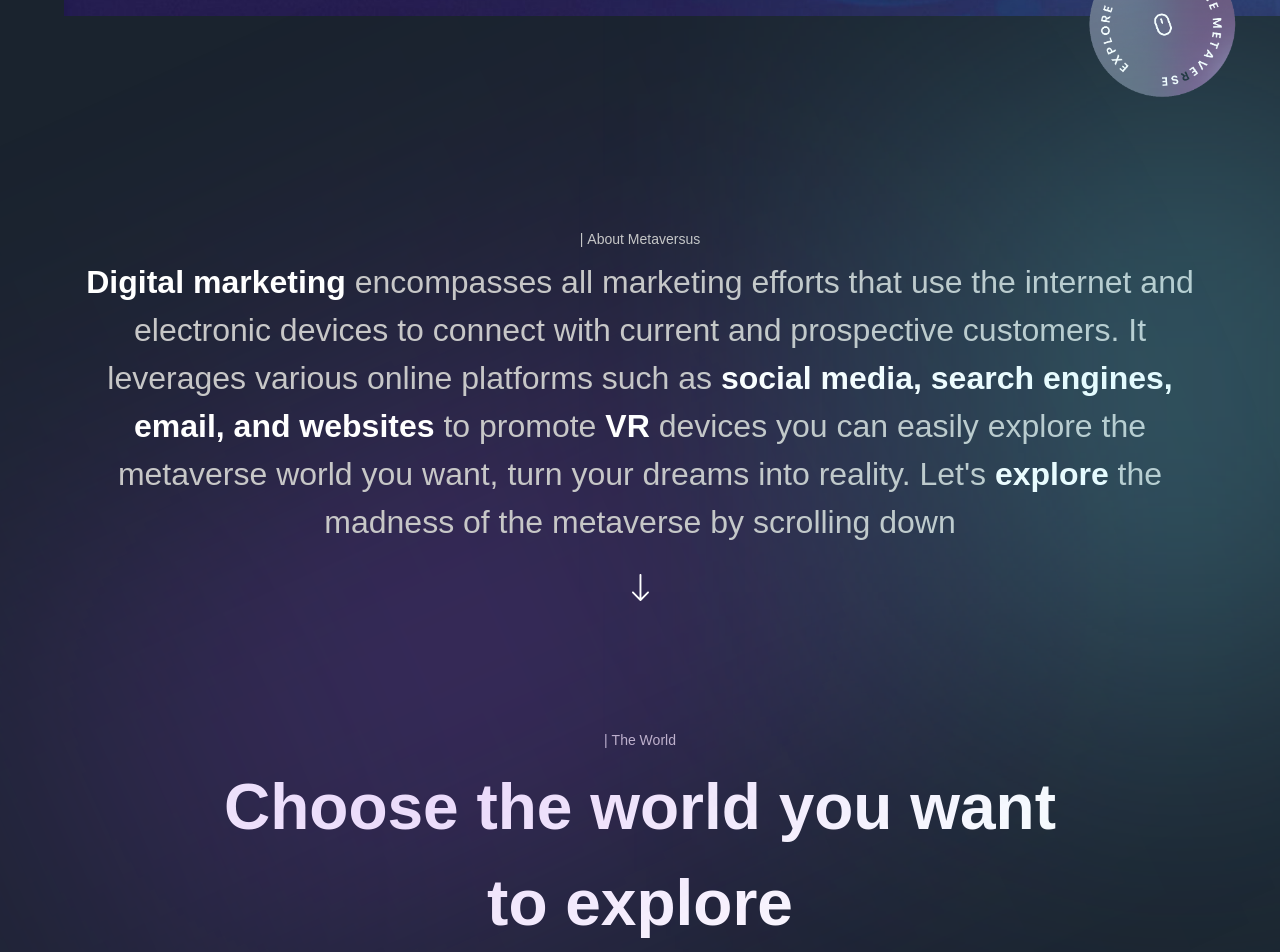
Repository: Shanuga123/metaversus
Page: /
These files come from the project's save history. The page is drawn as it stood at one moment and after a run of saves; the edit follows.
The browser window is 1280 px wide. The pictures show the part of the page from y = 939 to 1891 px (the page is 7302 px tall).
Some web fonts or font styles are not loaded; a fallback is used. The project was rebuilt for these pictures with package versions that can differ from the ones it lists, and the page was loaded fresh each time. The framework's server and built-in components were replaced by stand-ins that run in the browser. Also part of the build but not shown: next.config.js.

Above is the page before, as saved 2024-08-05 21:38:46.

### components/Navbar.jsx
'use client';

import { motion } from 'framer-motion';

import styles from '../styles';
import { navVariants } from '../utils/motion';

const Navbar = () => (
  <motion.nav
    variants={navVariants}
    initial="hidden"
    whileInView="show"
    className={`${styles.xPaddings} py-8 relative`}
  >
    <div className="absolute w-[50%] inset-0 gradient-01" />
    <div
      className={`${styles.innerWidth} mx-auto flex justify-between gap-8`}
    >
      <img
        src="/search.svg"
        alt="search"
        className="w-[24px] h-[24px] object-contain"
      />
      <h2 className="font-extrabold text-[24px] leading-[30.24px] text-white">
        METAVERSUS
      </h2>
      <img
        src="/menu.svg"
        alt="menu"
        className="w-[24px] h-[24px] object-contain"
      />
    </div>
  </motion.nav>
);

export default Navbar;

### components/CustomTexts.jsx
'use client';

import { motion } from 'framer-motion';
import { textContainer, textVariant2 } from '../utils/motion';

export const TypingText = ({ title, textStyles }) => (
  <motion.p
    variants={textContainer}
    className={`font-normal text-[14px] text-secondary-white ${textStyles}`}
  >
    {Array.from(title).map((letter, index) => (
      <motion.span variants={textVariant2} key={index}>
        {letter === ' ' ? '\u00A0' : letter}
      </motion.span>
    ))}
  </motion.p>
);

export const TitleText = ({ title, textStyles }) => (
  <motion.h2
    variants={textVariant2}
    initial="hidden"
    whileInView="show"
    className={`mt-[8px] font-bold md:text-[64px] text-[40px] text-white ${textStyles}`}
  >
    {title}
  </motion.h2>
);

### components/ExploreCard.jsx
'use client';

import { motion } from 'framer-motion';

import styles from '../styles';
import { fadeIn } from '../utils/motion';

const ExploreCard = ({ id, imgUrl, title, index, active, handleClick }) => (
  <motion.div
    variants={fadeIn('right', 'spring', index * 0.5, 0.75)}
    className={`relative ${
      active === id ? 'lg:flex-[3.5] flex-[10]' : 'lg:flex-[0.5] flex-[2]'
    } flex items-center justify-center min-w-[170px] h-[700px] transition-[flex] duration-[0.7s] ease-out-flex cursor-pointer`}
    onClick={() => handleClick(id)}
  >
    <img
      src={imgUrl}
      alt="planet-04"
      className="absolute w-full h-full object-cover rounded-[24px]"
    />
    {active !== id ? (
      <h3 className="font-semibold sm:text-[26px] text-[18px] text-white absolute z-0 lg:bottom-20 lg:rotate-[-90deg] lg:origin-[0,0]">
        {title}
      </h3>
    ) : (
      <div className="absolute bottom-0 p-8 flex justify-start w-full flex-col bg-[rgba(0,0,0,0.5)] rounded-b-[24px]">
        <div
          className={`${styles.flexCenter} w-[60px] h-[60px] rounded-[24px] glassmorphism mb-[16px]`}
        >
          <img
            src="/headset.svg"
            alt="headset"
            className="w-1/2 h-1/2 object-contain"
          />
        </div>
        <p className="font-normal text-[16px] leading-[20.16px] text-white uppercase">
          Enter Metaverse
        </p>
        <h2 className="mt-[24px] font-semibold sm:text-[32px] text-[24px] text-white">
          {title}
        </h2>
      </div>
    )}
  </motion.div>
);

export default ExploreCard;

### components/InsightCard.jsx
'use client';

import { motion } from 'framer-motion';

import { fadeIn } from '../utils/motion';

const InsightCard = ({ imgUrl, title, subtitle, index }) => (
  <motion.div
    variants={fadeIn('up', 'spring', index * 0.5, 1)}
    className="flex md:flex-row flex-col gap-4"
  >
    <img
      src={imgUrl}
      alt="planet-01"
      className="md:w-[270px] w-full h-[250px] rounded-[32px] object-cover"
    />
    <div className="w-full flex justify-between items-center">
      <div className="flex-1 md:ml-[62px] flex flex-col max-w-[650px]">
        <h4 className="font-normal lg:text-[42px] text-[26px] text-white">
          {title}
        </h4>
        <p className="mt-[16px] font-normal lg:text-[20px] text-[14px] text-secondary-white">
          {subtitle}
        </p>
      </div>

      <div
        className="lg:flex hidden items-center justify-center w-[100px] h-[100px] rounded-full bg-transparent border-[1px] border-white"
      >
        <img
          src="/arrow.svg"
          alt="arrow"
          className="w-[40%] h-[40%] object-contain"
        />
      </div>
    </div>
  </motion.div>
);

export default InsightCard;

### components/Footer.jsx
'use client';

import { motion } from 'framer-motion';
import { socials } from '../constants';

import styles from '../styles';
import { footerVariants } from '../utils/motion';

const Footer = () => (
  <motion.footer
    variants={footerVariants}
    initial="hidden"
    whileInView="show"
    className={`${styles.xPaddings} py-8 relative`}
  >
    <div className="footer-gradient" />
    <div className={`${styles.innerWidth} mx-auto flex flex-col gap-8`}>
      <div className="flex items-center justify-between flex-wrap gap-5">
        <h4 className="font-bold md:text-[64px] text-[44px] text-white">
          Enter the Metaverse
        </h4>
        <button type="button" className="flex items-center h-fit py-4 px-6 bg-[#25618B] rounded-[32px] gap-[12px]">
          <img
            src="/headset.svg"
            alt="headset"
            className="w-[24px] h-[24px] object-contain"
          />
          <span className="font-normal text-[16px] text-white">
            Enter Metaverse
          </span>
        </button>
      </div>

      <div className="flex flex-col">
        <div className="mb-[50px] h-[2px] bg-white opacity-10" />

        <div className="flex items-center justify-between flex-wrap gap-4">
          <h4 className="font-extrabold text-[24px] text-white">
            METAVERUS
          </h4>
          <p className="font-normal text-[14px] text-white opacity-50">
            Copyright © 2021 - 2022 Metaversus. All rights reserved.
          </p>

          <div className="flex gap-4">
            {socials.map((social) => (
              <img
                key={social.name}
                src={social.url}
                alt={social.name}
                className="w-[24px] h-[24px] object-contain cursor-pointer"
              />
            ))}
          </div>
        </div>
      </div>
    </div>
  </motion.footer>
);

export default Footer;

### sections/Hero.jsx
'use client';

import { motion } from 'framer-motion';

import styles from '../styles';
import { slideIn, staggerContainer, textVariant } from '../utils/motion';

const Hero = () => (
  <section className={`${styles.yPaddings} sm:pl-16 pl-6`}>
    <motion.div
      variants={staggerContainer}
      initial="hidden"
      whileInView="show"
      viewport={{ once: false, amount: 0.25 }}
      className={`${styles.innerWidth} mx-auto flex flex-col`}
    >
      <div className="flex justify-center items-center flex-col relative z-10">
        <motion.h1 variants={textVariant(1.1)} className={styles.heroHeading}>
          Digital
        </motion.h1>
        <motion.div
          variants={textVariant(1.2)}
          className="flex flex-row justify-center items-center"
        >
          <h1 className={styles.heroHeading}>MaR</h1>

          <h1 className={styles.heroHeading}>Keting</h1>
        </motion.div>
      </div>

      <motion.div
        variants={slideIn('right', 'tween', 0.2, 1)}
        className="relative w-full md:-mt-[20px] -mt-[12px]"
      >
        <div className="absolute w-full h-[300px] hero-gradient rounded-tl-[140px] z-[0] -top-[30px]" />

        <img
          src="/cover1.jpg"
          alt="hero_cover"
          className="w-full sm:h-[500px] h-[350px] object-cover rounded-tl-[140px] z-10 relative"
        />

        <a href="#explore">
          <div className="w-full flex justify-end sm:-mt-[70px] -mt-[50px] pr-[40px] relative z-10">
            <img
              src="/stamp.png"
              alt="stamp"
              className="sm:w-[155px] w-[100px] sm:h-[155px] h-[100px] object-contain"
            />
          </div>
        </a>
      </motion.div>
    </motion.div>
  </section>
);

export default Hero;

### sections/About.jsx
'use client';

import { motion } from 'framer-motion';
import { TypingText } from '../components';

import styles from '../styles';
import { fadeIn, staggerContainer } from '../utils/motion';

const About = () => (
  <section className={`${styles.paddings} relative z-10`}>
    <div className="gradient-02 z-0" />
    <motion.div
      variants={staggerContainer}
      initial="hidden"
      whileInView="show"
      viewport={{ once: false, amount: 0.25 }}
      className={`${styles.innerWidth} mx-auto ${styles.flexCenter} flex-col`}
    >
      <TypingText title="| About Metaversus" textStyles="text-center" />

      <motion.p
        variants={fadeIn('up', 'tween', 0.2, 1)}
        className="mt-[8px] font-normal sm:text-[32px] text-[20px] text-center text-secondary-white"
      >
        <span className="font-extrabold text-white">Digital marketing </span> encompasses all marketing efforts that use the internet and electronic devices to connect with current and prospective customers. It leverages various online platforms such as {' '}
        <span className="font-extrabold text-white">
        social media, search engines, email, and websites
        </span>{' '}
        to promote {' '}
        <span className="font-extrabold text-white">VR</span> devices you can
        easily explore the metaverse world you want, turn your dreams into
        reality. Let's{' '}
        <span className="font-extrabold text-white">explore</span> the madness
        of the metaverse by scrolling down
      </motion.p>

      <motion.img
        variants={fadeIn('up', 'tween', 0.3, 1)}
        src="/arrow-down.svg"
        alt="arrow down"
        className="w-[18px] h-[28px] object-contain mt-[28px]"
      />
    </motion.div>
  </section>
);

export default About;

### sections/Explore.jsx
'use client';

import { useState } from 'react';
import { motion } from 'framer-motion';

import styles from '../styles';
import { exploreWorlds } from '../constants';
import { staggerContainer } from '../utils/motion';
import { ExploreCard, TitleText, TypingText } from '../components';

const Explore = () => {
  const [active, setActive] = useState('world-2');

  return (
    <section className={`${styles.paddings}`} id="explore">
      <motion.div
        variants={staggerContainer}
        initial="hidden"
        whileInView="show"
        viewport={{ once: false, amount: 0.25 }}
        className={`${styles.innerWidth} mx-auto flex flex-col`}
      >
        <TypingText title="| The World" textStyles="text-center" />
        <TitleText
          title={<>Choose the world you want <br className="md:block hidden" /> to explore</>}
          textStyles="text-center"
        />
        <div className="mt-[50px] flex lg:flex-row flex-col min-h-[70vh] gap-5">
          {exploreWorlds.map((world, index) => (
            <ExploreCard
              key={world.id}
              {...world}
              index={index}
              active={active}
              handleClick={setActive}
            />
          ))}
        </div>
      </motion.div>
    </section>
  );
};

export default Explore;

### sections/GetStarted.jsx
'use client';

import { motion } from 'framer-motion';

import styles from '../styles';
import { startingFeatures } from '../constants';
import { StartSteps, TitleText, TypingText } from '../components';
import { staggerContainer, fadeIn, planetVariants } from '../utils/motion';

const GetStarted = () => (
  <section className={`${styles.paddings} relative z-10`}>
    <motion.div
      variants={staggerContainer}
      initial="hidden"
      whileInView="show"
      viewport={{ once: false, amount: 0.25 }}
      className={`${styles.innerWidth} mx-auto flex lg:flex-row flex-col gap-8`}
    >
      <motion.div
        variants={planetVariants('left')}
        className={`flex-1 ${styles.flexCenter}`}
      >
        <img
          src="/get-started.png"
          alt="get-started"
          className="w-[90%] h-[90%] object-contain"
        />
      </motion.div>
      <motion.div
        variants={fadeIn('left', 'tween', 0.2, 1)}
        className="flex-[0.75] flex justify-center flex-col"
      >
        <TypingText title="| How Metaversus Works" />
        <TitleText title={<>Get started with just a few clicks</>} />
        <div className="mt-[31px] flex flex-col max-w-[370px] gap-[24px]">
          {startingFeatures.map((feature, index) => (
            <StartSteps
              key={feature}
              number={`${index < 10 ? '0' : ''} ${index + 1}`}
              text={feature}
            />
          ))}
        </div>
      </motion.div>
    </motion.div>
  </section>
);

export default GetStarted;

### sections/WhatsNew.jsx
'use client';

import { motion } from 'framer-motion';

import styles from '../styles';
import { newFeatures } from '../constants';
import { NewFeatures, TitleText, TypingText } from '../components';
import { planetVariants, staggerContainer, fadeIn } from '../utils/motion';

const WhatsNew = () => (
  <section className={`${styles.paddings} relative z-10`}>
    <motion.div
      variants={staggerContainer}
      initial="hidden"
      whileInView="show"
      viewport={{ once: false, amount: 0.25 }}
      className={`${styles.innerWidth} mx-auto flex lg:flex-row flex-col gap-8`}
    >
      <motion.div
        variants={fadeIn('right', 'tween', 0.2, 1)}
        className="flex-[0.95] flex justify-center flex-col"
      >
        <TypingText title="| Whats new?" />
        <TitleText title={<>What's new about Metaversus?</>} />
        <div className="mt-[48px] flex flex-wrap justify-between gap-[24px]">
          {newFeatures.map((feature) => (
            <NewFeatures key={feature.title} {...feature} />
          ))}
        </div>
      </motion.div>

      <motion.div
        variants={planetVariants('right')}
        className={`flex-1 ${styles.flexCenter}`}
      >
        <img
          src="/whats-new.png"
          alt="get-started"
          className="w-[90%] h-[90%] object-contain"
        />
      </motion.div>
    </motion.div>
  </section>
);

export default WhatsNew;

### sections/World.jsx
'use client';

import { motion } from 'framer-motion';

import styles from '../styles';
import { TitleText, TypingText } from '../components';
import { fadeIn, staggerContainer } from '../utils/motion';

const World = () => (
  <section className={`${styles.paddings} relative z-10`}>
    <motion.div
      variants={staggerContainer}
      initial="hidden"
      whileInView="show"
      viewport={{ once: false, amount: 0.25 }}
      className={`${styles.innerWidth} mx-auto flex flex-col`}
    >

      <TypingText title="| People on the World" textStyles="text-center" />
      <TitleText
        title={(
          <>Track friends around you and invite them to play together in the same
            world
          </>
        )}
        textStyles="text-center"
      />

      <motion.div
        variants={fadeIn('up', 'tween', 0.3, 1)}
        className="relative mt-[68px] flex w-full h-[550px]"
      >
        <img src="/map.png" alt="map" className="w-full h-full object-cover" />

        <div className="absolute bottom-20 right-20 w-[70px] h-[70px] p-[6px] rounded-full bg-[#5D6680]">
          <img src="people-01.png" alt="people" className="w-full h-full" />
        </div>

        <div className="absolute top-10 left-20 w-[70px] h-[70px] p-[6px] rounded-full bg-[#5D6680]">
          <img src="/people-02.png" alt="people" className="w-full h-full" />
        </div>

        <div className="absolute top-1/2 left-[45%] w-[70px] h-[70px] p-[6px] rounded-full bg-[#5D6680]">
          <img src="people-03.png" alt="people" className="w-full h-full" />
        </div>
      </motion.div>
    </motion.div>
  </section>
);

export default World;

### sections/Insights.jsx
'use client';

import { motion } from 'framer-motion';

import styles from '../styles';
import { insights } from '../constants';
import { staggerContainer } from '../utils/motion';
import { InsightCard, TitleText, TypingText } from '../components';

const Insights = () => (
  <section className={`${styles.paddings} relative z-10`}>
    <motion.div
      variants={staggerContainer}
      initial="hidden"
      whileInView="show"
      viewport={{ once: false, amount: 0.25 }}
      className={`${styles.innerWidth} mx-auto flex flex-col`}
    >
      <TypingText title="| Insight" textStyles="text-center" />
      <TitleText title={<>Insight about metaverse</>} textStyles="text-center" />
      <div className="mt-[50px] flex flex-col gap-[30px]">
        {insights.map((item, index) => (
          <InsightCard key={`insight-${index}`} {...item} index={index + 1} />
        ))}
      </div>
    </motion.div>
  </section>
);

export default Insights;

### sections/Feedback.jsx
'use client';

import { motion } from 'framer-motion';

import styles from '../styles';
import { fadeIn, staggerContainer, zoomIn } from '../utils/motion';

const Feedback = () => (
  <section className={`${styles.paddings}`}>
    <motion.div
      variants={staggerContainer}
      initial="hidden"
      whileInView="show"
      viewport={{ once: false, amount: 0.25 }}
      className={`${styles.innerWidth} mx-auto flex lg:flex-row flex-col gap-6`}
    >
      <motion.div
        variants={fadeIn('right', 'tween', 0.2, 1)}
        className="flex-[0.5] lg:max-w-[370px] flex justify-end flex-col gradient-05 sm:p-8 p-4 rounded-[32px] border-[1px] border-[#6A6A6A] relative"
      >
        <div className="feedback-gradient" />
        <div>
          <h4 className="font-bold sm:text-[32px] text-[26px] sm:leading-[40.32px] leading-[36.32px] text-white">
            Samantha
          </h4>
          <p className="mt-[8px] font-normal sm:text-[18px] text-[12px] sm:leading-[22.68px] leading-[16.68px] text-white">
            Founder Metaverus
          </p>
        </div>

        <p className="mt-[24px] font-normal sm:text-[24px] text-[18px] sm:leading-[45.6px] leading-[39.6px] text-white">
          “With the development of today's technology, metaverse is very
          useful for today's work, or can be called web 3.0. by using
          metaverse you can use it as anything”
        </p>
      </motion.div>

      <motion.div
        variants={fadeIn('left', 'tween', 0.2, 1)}
        className="relative flex-1 flex justify-center items-center"
      >
        <img
          src="/planet-09.png"
          alt="planet-09"
          className="w-full lg:h-[610px] h-auto min-h-[210px] object-cover rounded-[40px]"
        />

        <motion.div
          variants={zoomIn(0.4, 1)}
          className="lg:block hidden absolute -left-[10%] top-[3%]"
        >
          <img
            src="/stamp.png"
            alt="stamp"
            className="w-[155px] h-[155px] object-contain"
          />
        </motion.div>
      </motion.div>
    </motion.div>
  </section>
);

export default Feedback;

### styles/index.js
const styles = {
  innerWidth: '2xl:max-w-[1280px] w-full',
  interWidth: 'lg:w-[80%] w-[100%]',

  paddings: 'sm:p-16 xs:p-8 px-6 py-12',
  yPaddings: 'sm:py-16 xs:py-8 py-12',
  xPaddings: 'sm:px-16 px-6',
  topPaddings: 'sm:pt-16 xs:pt-8 pt-12',
  bottomPaddings: 'sm:pb-16 xs:pb-8 pb-12',

  flexCenter: 'flex justify-center items-center',
  flexStart: 'flex justify-start items-start',
  flexEnd: 'flex justify-end',
  navPadding: 'pt-[98px]',

  // hero section
  heroHeading:
      'font-bold lg:text-[144px] md:text-[100px] sm:text-[60px] text-[44px] lg:leading-[158.4px] md:leading-[114.4px] sm:leading-[74.4px] leading-[64.4px] uppercase text-white',
  heroRText:
      'md:w-[212px] sm:w-[80px] w-[60px] md:h-[108px] sm:h-[48px] h-[38px] md:border-[18px] border-[9px] rounded-r-[50px] border-white sm:mx-2 mx-[6px]',
};

export default styles;

### constants/index.js
export const exploreWorlds = [
  {
    id: 'world-1',
    imgUrl: '/planet-01.png',
    title: 'The Hogwarts',
  },
  {
    id: 'world-2',
    imgUrl: '/planet-02.png',
    title: 'The Upside Down',
  },
  {
    id: 'world-3',
    imgUrl: '/planet-03.png',
    title: 'Kadirojo Permai',
  },
  {
    id: 'world-4',
    imgUrl: '/planet-04.png',
    title: 'Paradise Island',
  },
  {
    id: 'world-5',
    imgUrl: '/planet-05.png',
    title: 'Hawkins Labs',
  },
];

export const startingFeatures = [
  'Find a world that suits you and you want to enter',
  'Enter the world by reading basmalah to be safe',
  'No need to beat around the bush, just stay on the gas and have fun',
];

export const newFeatures = [
  {
    imgUrl: '/vrpano.svg',
    title: 'A new world',
    subtitle:
        'we have the latest update with new world for you to try never mind',
  },
  {
    imgUrl: '/headset.svg',
    title: 'More realistic',
    subtitle:
        'In the latest update, your eyes are narrow, making the world more realistic than ever',
  },
];

export const insights = [
  {
    imgUrl: '/planet-06.png',
    title: 'The launch of the Metaverse makes Elon musk ketar-ketir',
    subtitle:
        'Magna etiam tempor orci eu lobortis elementum nibh tellus molestie. Diam maecenas sed enim ut sem viverra alique.',
  },
  {
    imgUrl: '/planet-07.png',
    title: '7 tips to easily master the madness of the Metaverse',
    subtitle:
        'Vitae congue eu consequat ac felis donec. Et magnis dis parturient montes nascetur ridiculus mus. Convallis tellus id interdum',
  },
  {
    imgUrl: '/planet-08.png',
    title: 'With one platform you can explore the whole world virtually',
    subtitle:
        'Quam quisque id diam vel quam elementum. Viverra nam libero justo laoreet sit amet cursus sit. Mauris in aliquam sem',
  },
];

export const socials = [
  {
    name: 'twitter',
    url: '/twitter.svg',
  },
  {
    name: 'linkedin',
    url: '/linkedin.svg',
  },
  {
    name: 'instagram',
    url: '/instagram.svg',
  },
  {
    name: 'facebook',
    url: '/facebook.svg',
  },
];

Loaded but not shown: app/layout.js (common file); app/page.js (common file); styles/globals.css (common file); components/index.js (common file); sections/index.js (common file); components/StartSteps.jsx (common file); components/NewFeatures.jsx (common file); tailwind.config.js (common file); utils/motion.js (161 lines, source omitted)

After the next 2 saves:
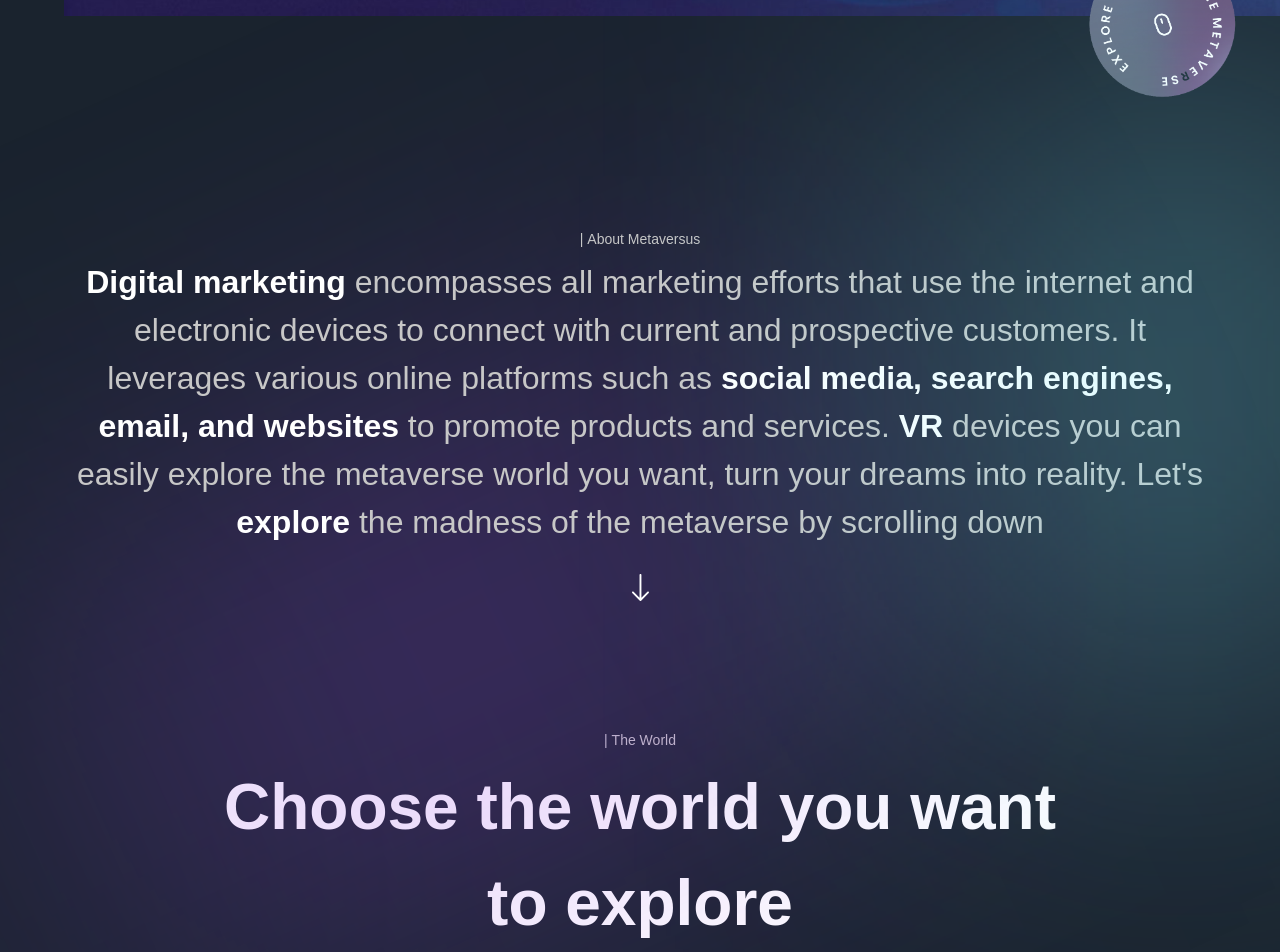
The 2 saves are shown as one change because they came seconds apart.
The last was saved 86 s later.
--- a/sections/About.jsx
+++ b/sections/About.jsx
@@ -26,7 +26,7 @@ const About = () => (
         <span className="font-extrabold text-white">
         social media, search engines, email, and websites
         </span>{' '}
-        to promote {' '}
+        to promote products and services.{' '}
         <span className="font-extrabold text-white">VR</span> devices you can
         easily explore the metaverse world you want, turn your dreams into
         reality. Let's{' '}
